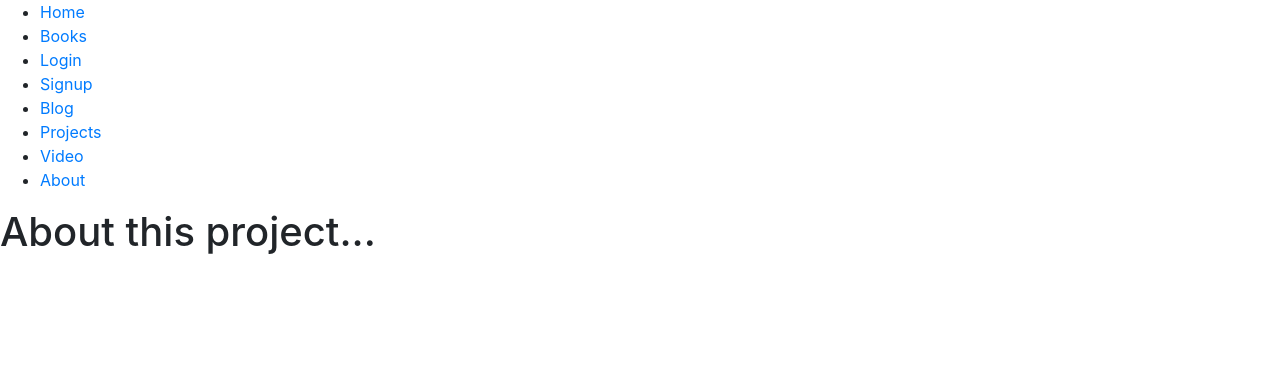
Repository: ebo-arcadia/enjoyou
Page: /about
The author's editor kept a copy of each file at every save. The page is drawn from the files as they stood at one save, then again after the next save.
The browser window is 1280 px wide. The pictures show the whole page.
The project was rebuilt for these pictures with package versions that can differ from the ones it lists, and the page was loaded fresh each time. Also part of the build but not shown: src/components/Home.js, src/components/BooksList.js, src/containers/Login.js, src/containers/signup.js, src/containers/blog.js, src/containers/Projects.js, src/containers/video.js.

Above is the page before, as saved 2021-04-20 10:30:18.

After the next save:
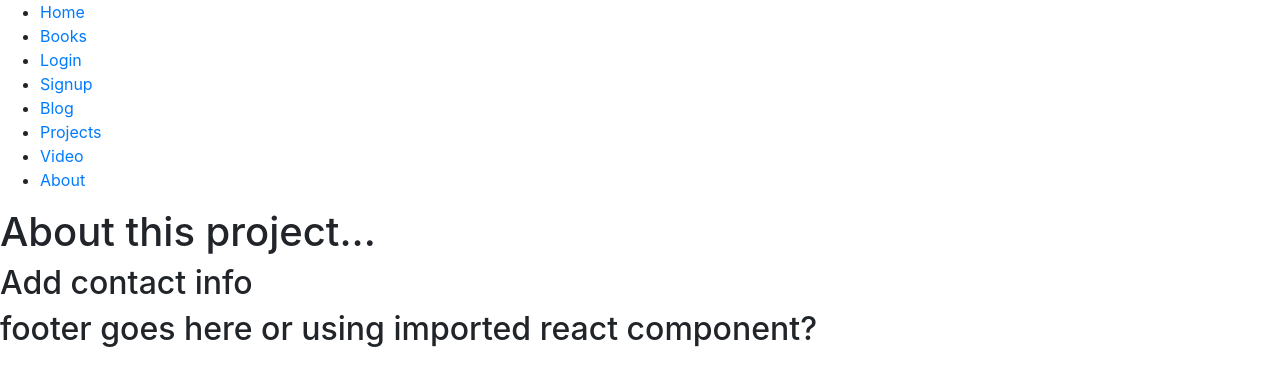
Saved 52 s later.
--- a/src/components/About.js
+++ b/src/components/About.js
@@ -4,6 +4,8 @@ const About = () => {
     return (
         <div>
             <h1>About this project...</h1>
+            <h2>Add contact info</h2>
+            <h2>footer goes here or using imported react component?</h2>
         </div>
     );
 }
